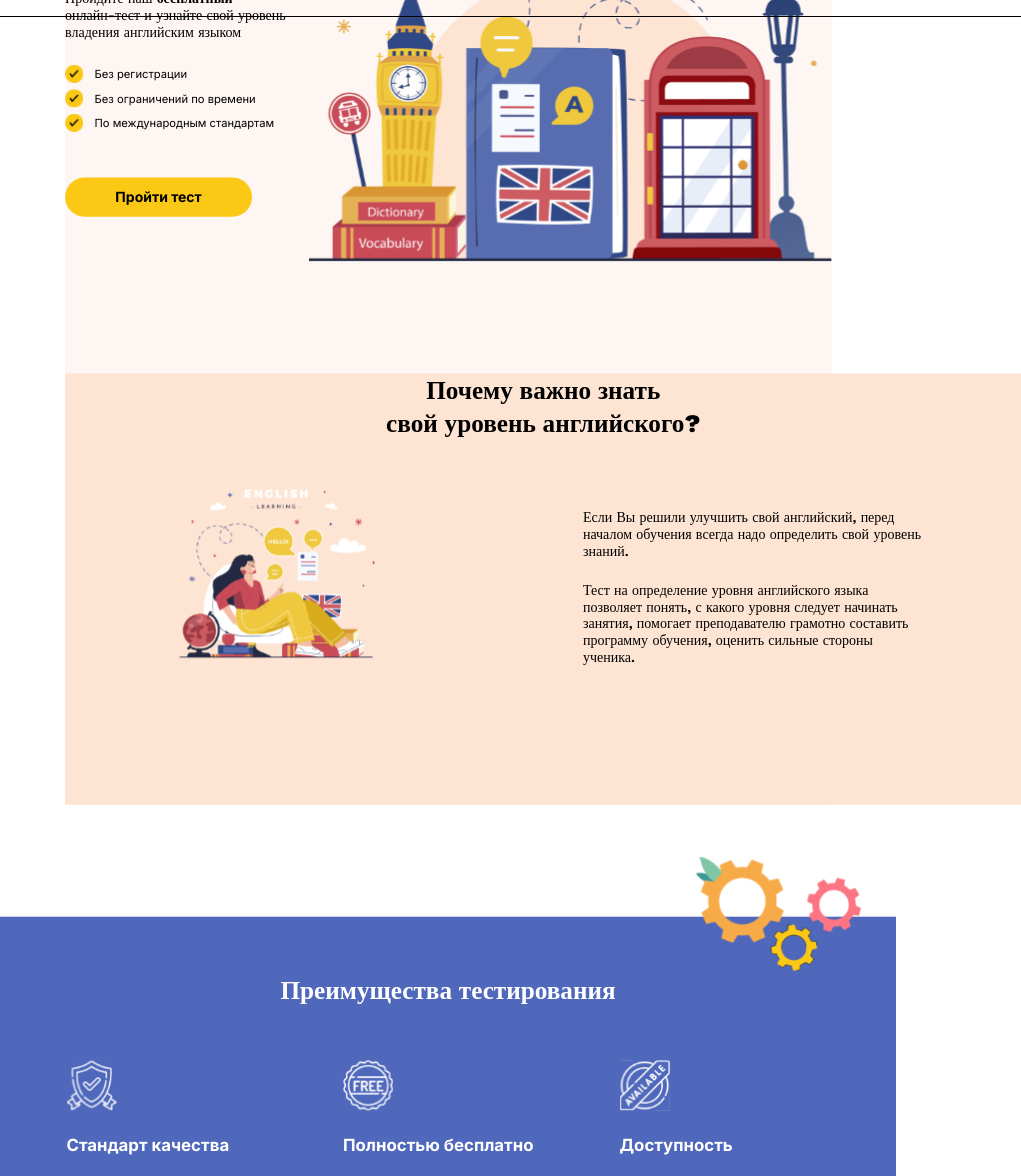
Repository: WladimirVA/PP-01-01_Dandelions
Page: Index.html
The author's editor kept a copy of each file at every save. The page is drawn from the files as they stood at one save, then again after the next save.
The browser window is 1280 px wide. The page is 1459 px wide, so the pictures cover 1459 px, including what lies to the right of the window. The pictures show the part of the page from y = 342 to 2022 px (the page is 4144 px tall), at 70% of full size.

Above is the page before, as saved 2023-01-25 14:46:48.

After the next save:
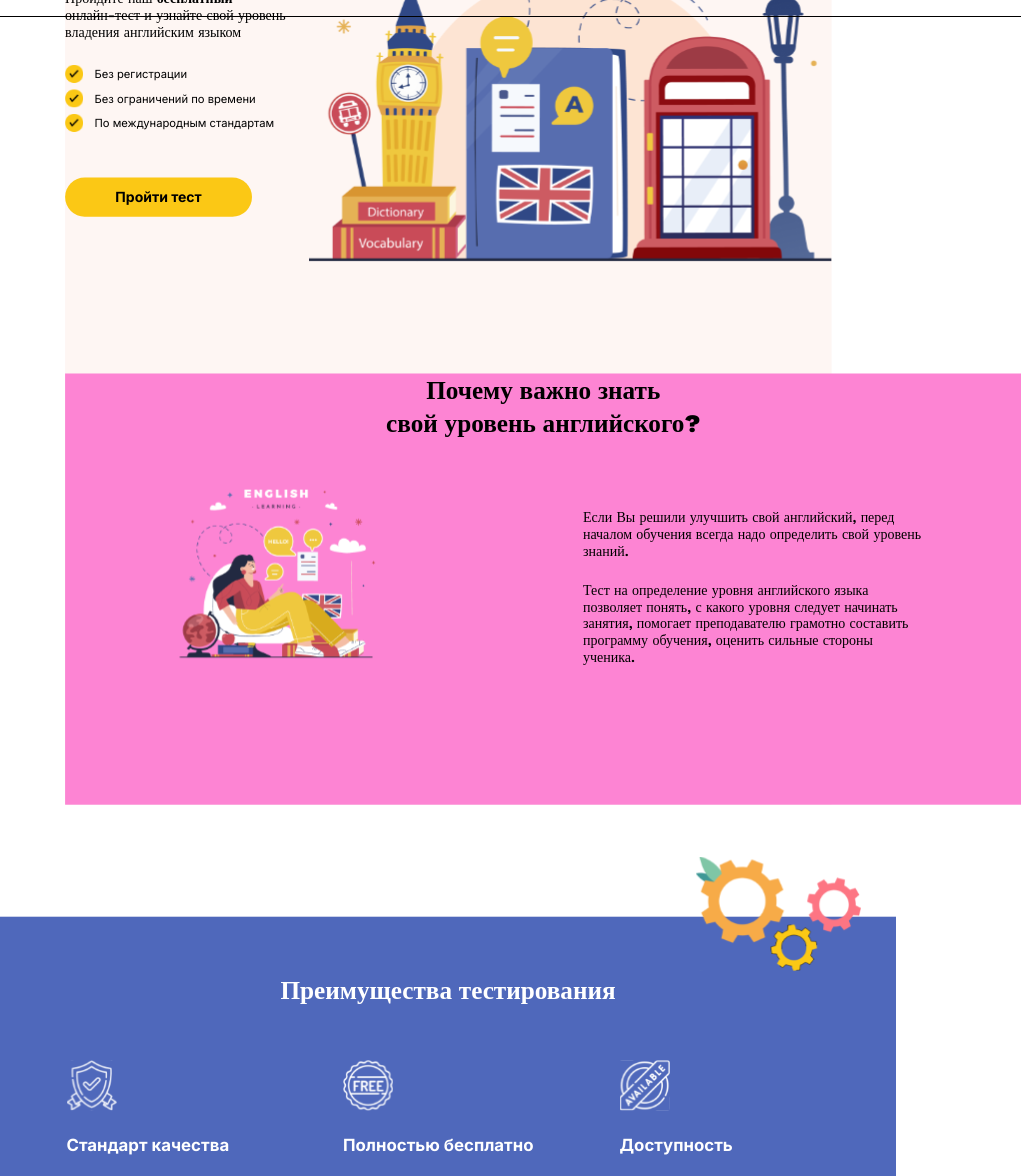
Saved 6 s later.
--- a/static/css/style.css
+++ b/static/css/style.css
@@ -136,7 +136,7 @@ body {
 }
 
 .section-home-1 {
-    background-color: #FDE4D3;
+    background-color: #FD84D3;
     Width: 1366px;
     Height: 616px;
 }
